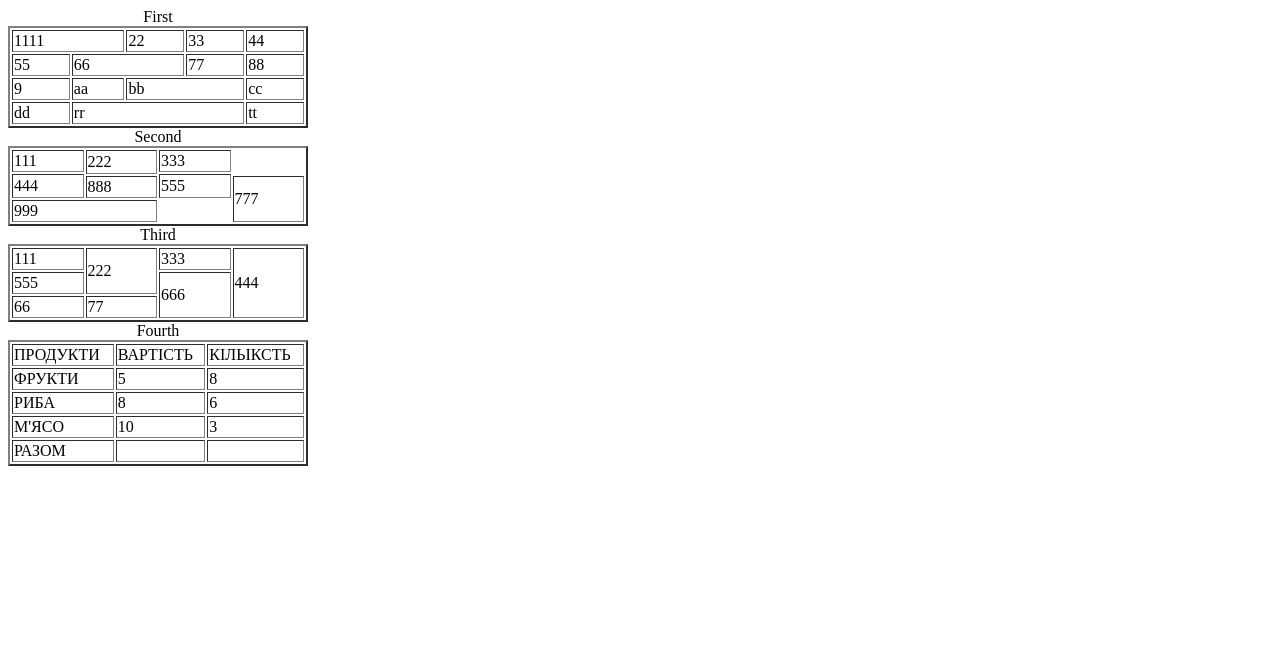
Repository: KseniaMakara/Web
Page: tables/index.html
These files come from the project's save history. The page is drawn as it stood at one moment and after the next save; the edit follows.
The browser window is 1280 px wide. The pictures show the whole page.

Above is the page before, as saved 2021-02-14 14:42:35.

### tables/index.html
<table border="2px" width="300px">
    <caption> First <caption>
    <tr>
        <td colspan="2"> 1111 </td>
        <td> 22 </td>
        <td> 33 </td>
        <td> 44 </td>

    </tr>
    <tr>
        <td> 55 </td>
        <td colspan="2"> 66 </td>
        <td > 77 </td>
        <td> 88 </td>
    </tr>
    <tr>
        <td> 9 </td>
        <td > aa </td>
        <td colspan="2"> bb </td>
        <td> cc </td>
    </tr>
    <tr>
        <td> dd </td>
        <td colspan="3"> rr </td>
        <td> tt </td>
    </tr>

    </table>


    <table border="2px" width="300px">
        <caption> Second <caption>
        <tr>
            <td > 111 </td>
            <td rowspan="2">  222 </td>
            <td> 333 </td>

        </tr>
        <tr>
            <td rowspan="2"> 444 </td>
            <td rowspan="2"> 555 </td>

        </tr>
        <tr>
            <td> 888 </td>
            <td rowspan="3" > 777 </td>
        </tr>
        <tr>
            <td colspan = "2"> 999 </td>
        </tr>
        </table>

        <table border="2px" width="300px">
        <caption> Third <caption>
            <tr>
                <td > 111 </td>
                <td rowspan="2">  222 </td>
                <td> 333 </td>
                <td rowspan="3"> 444 </td>

            </tr>
            <tr>
                <td > 555 </td>
                <td rowspan="2"> 666 </td>

            </tr>
            <tr>
                <td> 66 </td>
                <td rowspan="3" > 77 </td>
            </tr>

            </table>

            <table border="2px" width="300px">
                <caption> Fourth <caption>
                    <tr>
                        <td > ПРОДУКТИ </td>
                        <td > ВАРТІСТЬ </td>
                        <td > КІЛЬІКСТЬ </td>

                    </tr>
                    <tr>
                        <td > ФРУКТИ </td>
                        <td > 5 </td>
                        <td > 8 </td>
                    </tr>

                    <tr>
                        <td > РИБА </td>
                        <td > 8 </td>
                        <td > 6 </td>
                    </tr>
                    <tr>
                        <td > М'ЯСО </td>
                        <td > 10 </td>
                        <td > 3 </td>
                    </tr>
                    <tr>
                        <td > РАЗОМ </td>
                        <td >  </td>
                        <td >  </td>
                    </tr>

                    </table>

After the next save:
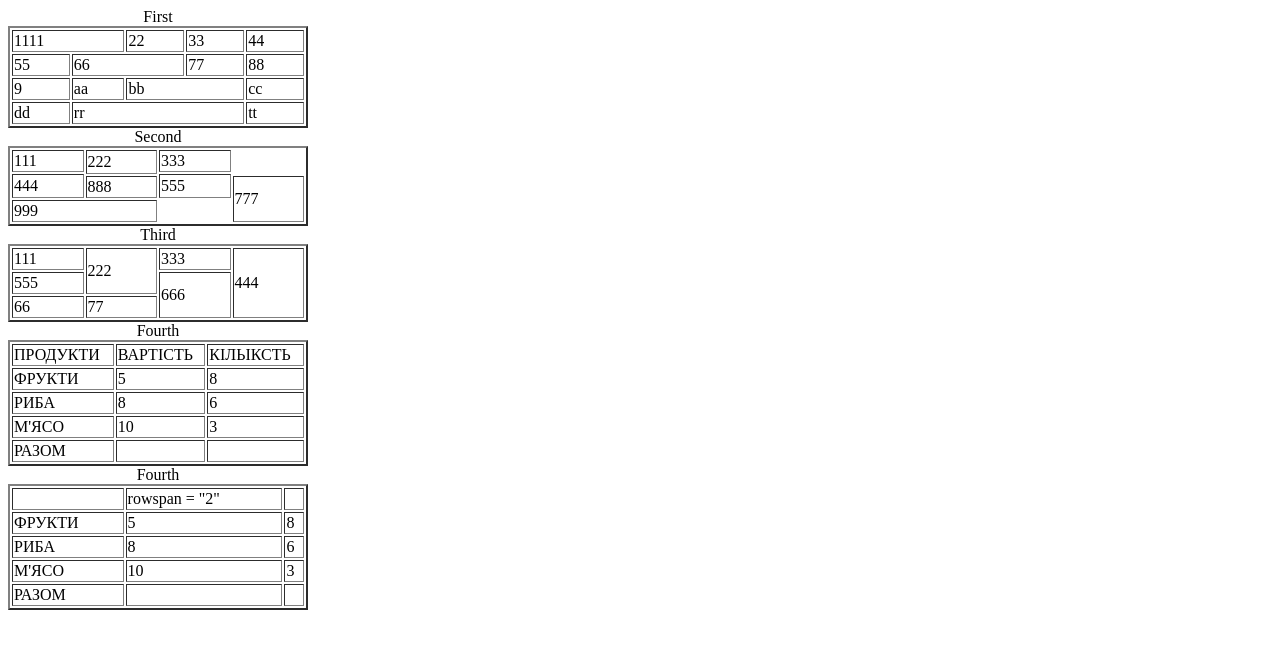
Saved 99 s later.
--- a/tables/index.html
+++ b/tables/index.html
@@ -102,3 +102,35 @@
                     </tr>
 
                     </table>
+
+                    <table border="2px" width="300px">
+                <caption> Fourth <caption>
+                    <tr>
+                        <td >  </td>
+                        <td > rowspan = "2" </td>
+                        <td >  </td>
+
+                    </tr>
+                    <tr>
+                        <td > ФРУКТИ </td>
+                        <td > 5 </td>
+                        <td > 8 </td>
+                    </tr>
+
+                    <tr>
+                        <td > РИБА </td>
+                        <td > 8 </td>
+                        <td > 6 </td>
+                    </tr>
+                    <tr>
+                        <td > М'ЯСО </td>
+                        <td > 10 </td>
+                        <td > 3 </td>
+                    </tr>
+                    <tr>
+                        <td > РАЗОМ </td>
+                        <td >  </td>
+                        <td >  </td>
+                    </tr>
+
+                    </table>
